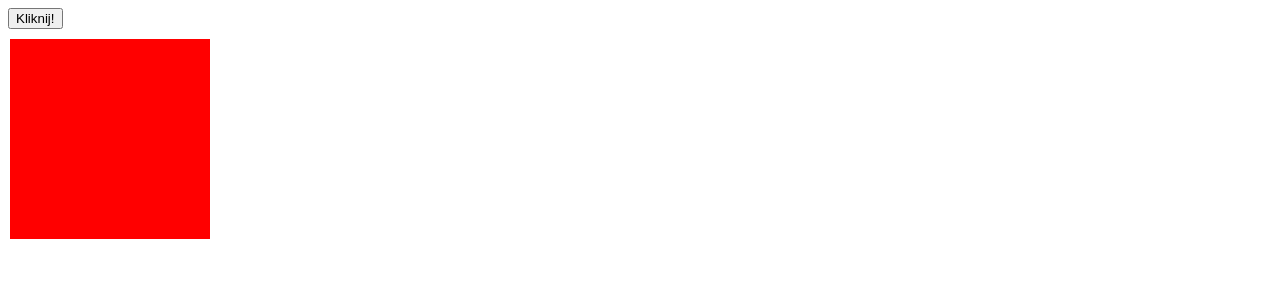
Repository: magdaf41/jQuery
Page: zadanie 3/index.html
The author's editor kept a copy of each file at every save. The page is drawn from the files as they stood at one save, then again after the next save.
The browser window is 1280 px wide. The pictures show the whole page.
Some web libraries are served in a nearby version.

Above is the page before, as saved 2020-09-10 18:01:12.

After the next save:
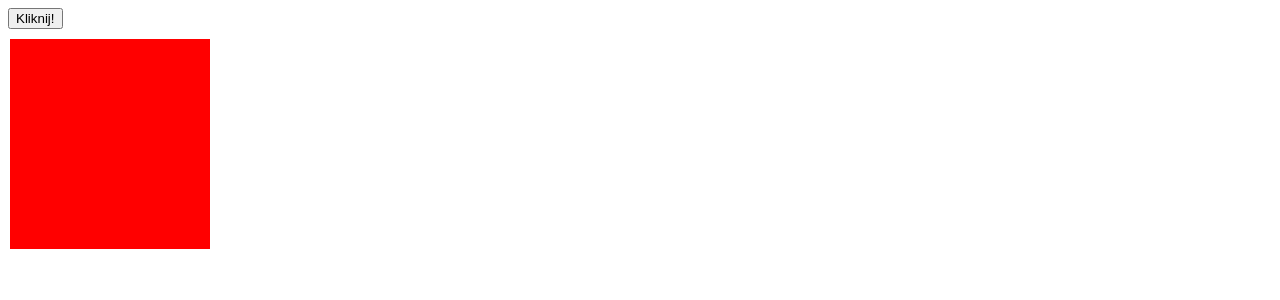
Saved 27 s later.
--- a/zadanie 3/css/style.css
+++ b/zadanie 3/css/style.css
@@ -8,10 +8,5 @@
     text-align: center;
     color: yellow;
     font-size: 10px;
+    padding-top: 10px;
   }
-
-  /* h2 {
-    opacity: 0;
-    font-size: 18px;
-    color: white;
-  } */
